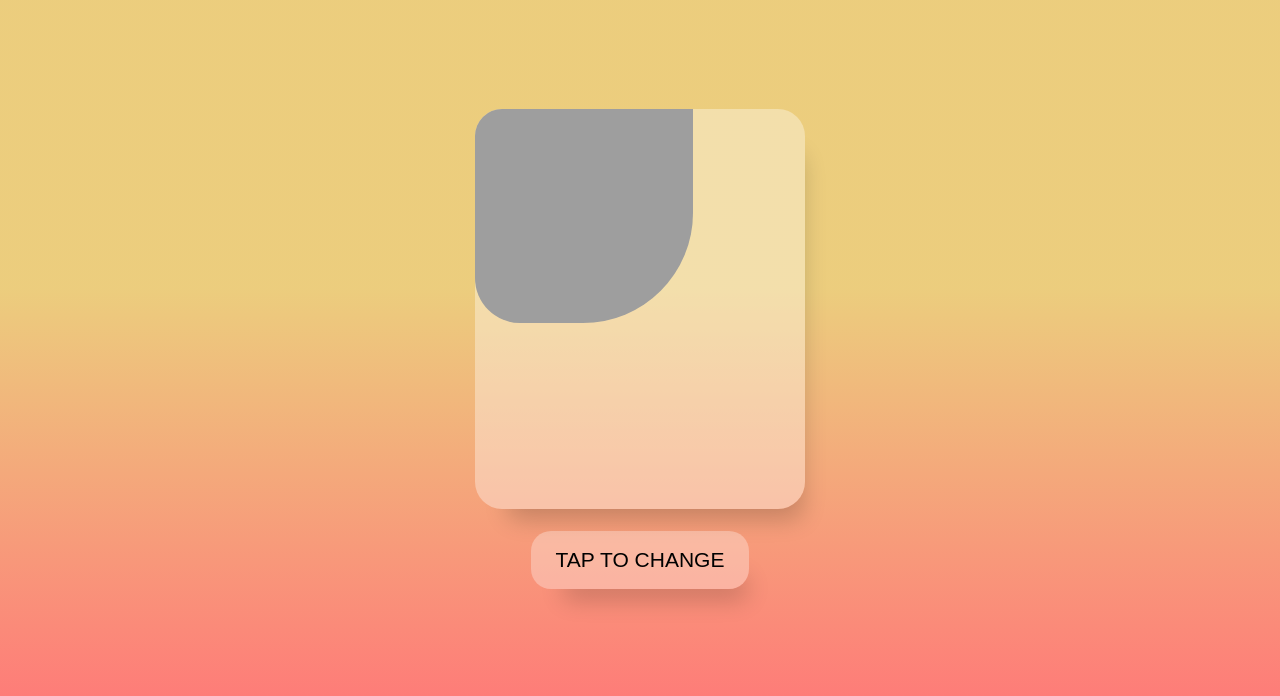
Repository: ThanhThn/profile
Page: index.html
An editor plug-in stored every save of this project. The page is shown before and after the next save, followed by the edit.
The browser window is 1280 px wide. The pictures show the whole page.
Pictures or frames that could not be fetched are drawn as grey boxes. Some web fonts or font styles are not loaded; a fallback is used.

Above is the page before, as saved 2022-12-05 19:24:26.

After the next save:
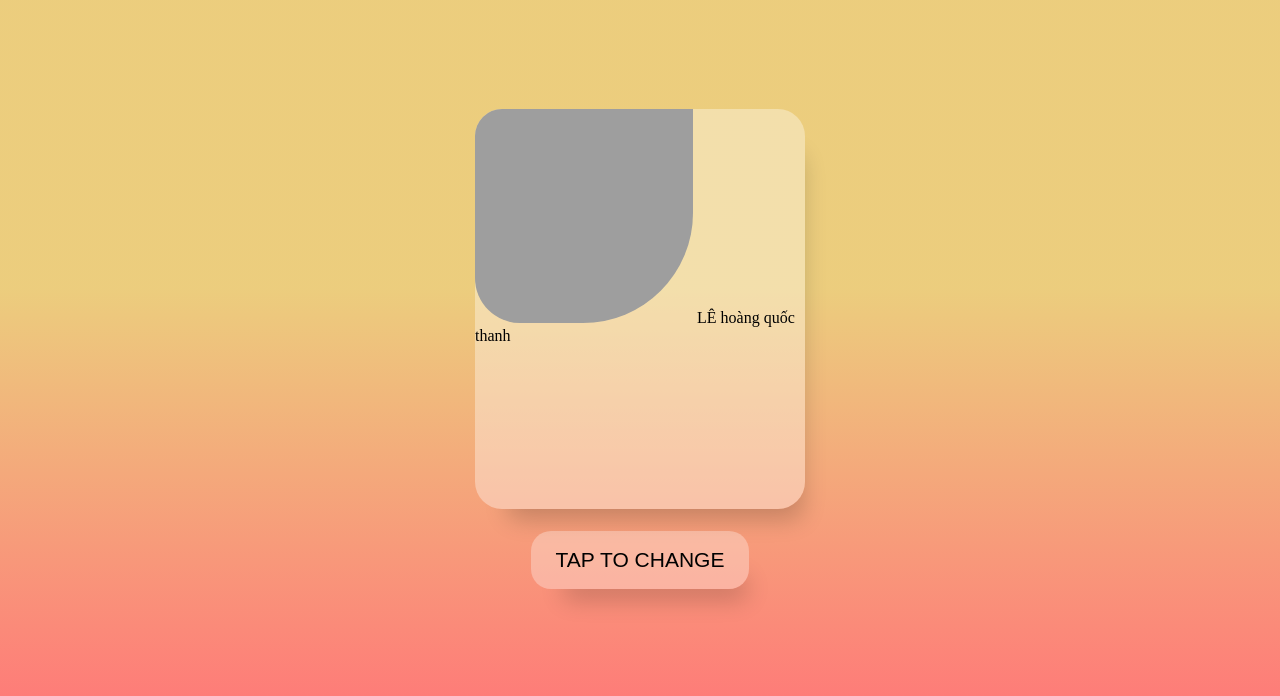
Saved 57 s later.
--- a/index.html
+++ b/index.html
@@ -11,6 +11,7 @@
     <div class="container">
         <div class="content">
             <img src="avata.jpg" alt="avatar">
+            <span class="name">LÊ hoàng quốc thanh</span>
         </div>
         <button class="btn">tap to change</button>
     </div>
